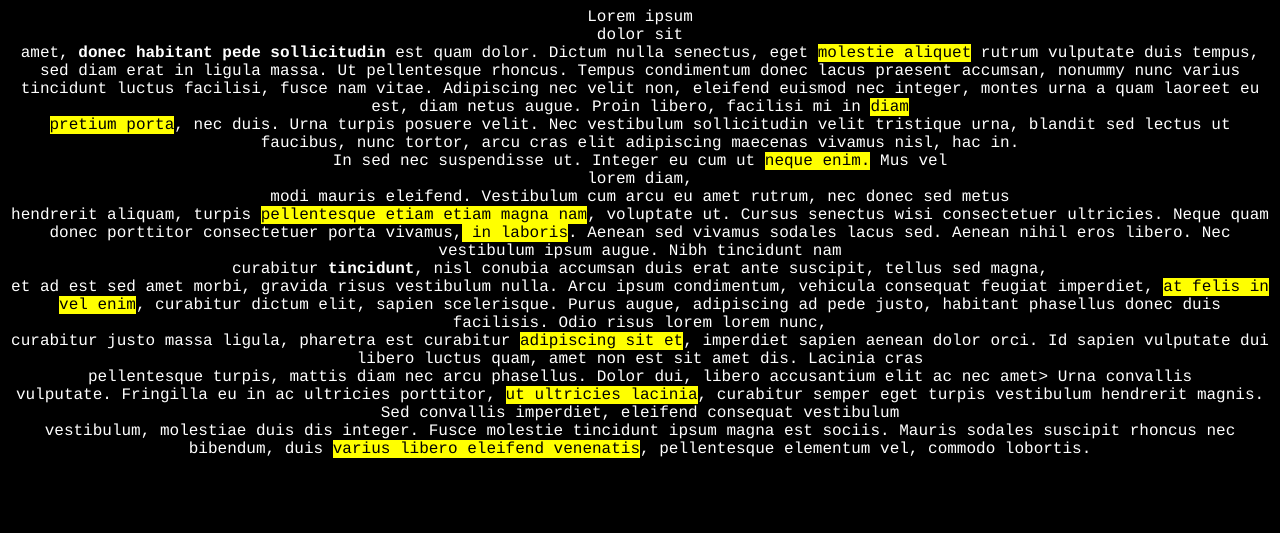
Repository: diasm568/diasm568.github.io
Page: lab/composition.html
The author's editor kept a record of every edit. The page is drawn from the files as they stood at one moment, then again after the next edit.
The browser window is 1280 px wide. The pictures show the whole page.

Above is the page before.

### lab/composition.html
<center>
<body bgcolor="black">
<font color="white">
<font face="courier" color="white">
Lorem ipsum <br> dolor sit<br> amet, <strong>donec habitant pede sollicitudin</strong> est quam dolor. Dictum nulla senectus, eget <mark>molestie aliquet</mark> rutrum vulputate duis tempus, sed diam erat in ligula massa. Ut pellentesque rhoncus. Tempus condimentum donec lacus praesent accumsan, nonummy nunc varius tincidunt luctus facilisi, fusce nam vitae. Adipiscing nec velit non, eleifend euismod nec integer, montes urna a quam laoreet eu est, diam netus augue. Proin libero, facilisi mi in <mark> diam<br> pretium porta</mark>, nec duis. Urna turpis posuere velit. Nec vestibulum sollicitudin velit tristique urna, blandit sed lectus ut faucibus, nunc tortor, arcu cras elit adipiscing maecenas vivamus nisl, hac in.<br> In sed nec suspendisse ut.
Integer eu cum ut <mark>neque enim.</mark> Mus vel <br>lorem diam, <br>modi mauris eleifend. Vestibulum cum arcu eu amet rutrum, nec donec sed metus<br> hendrerit aliquam, turpis <mark>pellentesque etiam etiam magna nam</mark>, voluptate ut. Cursus senectus wisi consectetuer ultricies. Neque quam donec porttitor consectetuer porta vivamus,<mark> in laboris</mark>. Aenean sed vivamus sodales lacus sed. Aenean nihil eros libero. Nec vestibulum ipsum augue.
Nibh tincidunt nam <br>curabitur <strong>tincidunt</strong>, nisl conubia accumsan duis erat ante suscipit, tellus sed magna, <br>et ad est sed amet morbi, gravida risus vestibulum nulla. Arcu ipsum condimentum, vehicula consequat feugiat imperdiet, <mark>at felis in vel enim</mark>, curabitur dictum elit, sapien scelerisque. Purus augue, adipiscing ad pede justo, habitant phasellus donec duis facilisis. Odio risus lorem lorem nunc, <br>curabitur justo massa ligula, pharetra est curabitur <mark>adipiscing sit et</mark>, imperdiet sapien aenean dolor orci. Id sapien vulputate dui libero luctus quam, amet non est sit amet dis. Lacinia cras<br> pellentesque turpis, mattis diam nec arcu phasellus. Dolor dui, libero accusantium elit ac nec amet>
Urna convallis <br>vulputate. Fringilla eu in ac ultricies porttitor, <mark>ut ultricies lacinia</mark>, curabitur semper eget turpis vestibulum hendrerit magnis. Sed convallis imperdiet, eleifend consequat vestibulum <br>vestibulum, molestiae duis dis integer. Fusce molestie tincidunt ipsum magna est sociis. Mauris sodales suscipit rhoncus nec bibendum, duis <mark>varius libero eleifend venenatis</mark>, pellentesque elementum vel, commodo lobortis.
</font>
</body>
</center>

After the next edit:
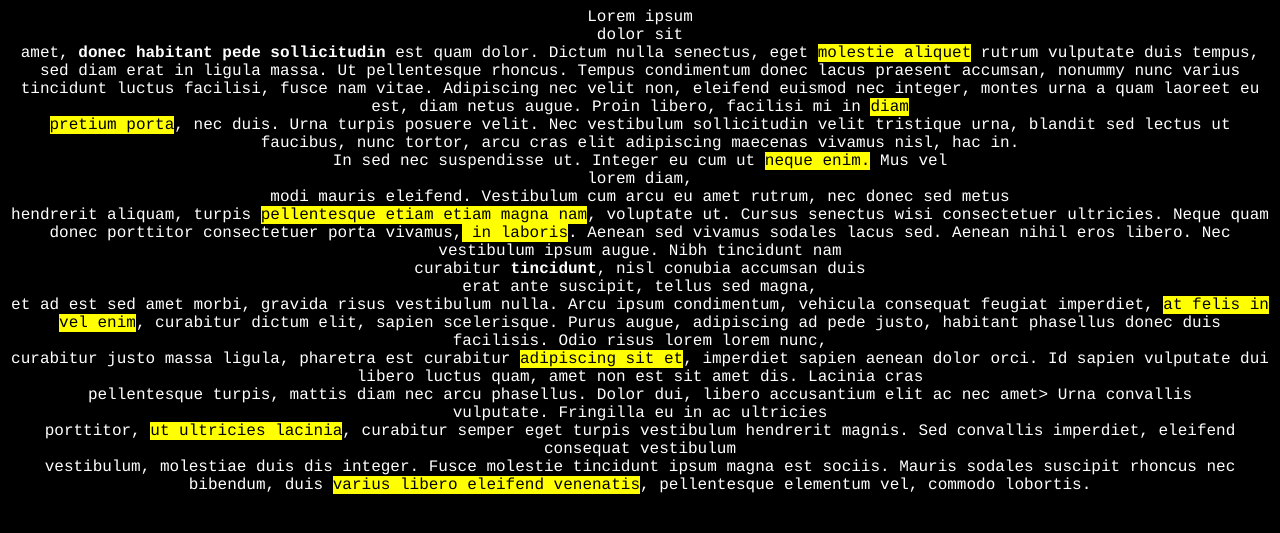
The edit:
--- a/lab/composition.html
+++ b/lab/composition.html
@@ -4,8 +4,8 @@
 <font face="courier" color="white">
 Lorem ipsum <br> dolor sit<br> amet, <strong>donec habitant pede sollicitudin</strong> est quam dolor. Dictum nulla senectus, eget <mark>molestie aliquet</mark> rutrum vulputate duis tempus, sed diam erat in ligula massa. Ut pellentesque rhoncus. Tempus condimentum donec lacus praesent accumsan, nonummy nunc varius tincidunt luctus facilisi, fusce nam vitae. Adipiscing nec velit non, eleifend euismod nec integer, montes urna a quam laoreet eu est, diam netus augue. Proin libero, facilisi mi in <mark> diam<br> pretium porta</mark>, nec duis. Urna turpis posuere velit. Nec vestibulum sollicitudin velit tristique urna, blandit sed lectus ut faucibus, nunc tortor, arcu cras elit adipiscing maecenas vivamus nisl, hac in.<br> In sed nec suspendisse ut.
 Integer eu cum ut <mark>neque enim.</mark> Mus vel <br>lorem diam, <br>modi mauris eleifend. Vestibulum cum arcu eu amet rutrum, nec donec sed metus<br> hendrerit aliquam, turpis <mark>pellentesque etiam etiam magna nam</mark>, voluptate ut. Cursus senectus wisi consectetuer ultricies. Neque quam donec porttitor consectetuer porta vivamus,<mark> in laboris</mark>. Aenean sed vivamus sodales lacus sed. Aenean nihil eros libero. Nec vestibulum ipsum augue.
-Nibh tincidunt nam <br>curabitur <strong>tincidunt</strong>, nisl conubia accumsan duis erat ante suscipit, tellus sed magna, <br>et ad est sed amet morbi, gravida risus vestibulum nulla. Arcu ipsum condimentum, vehicula consequat feugiat imperdiet, <mark>at felis in vel enim</mark>, curabitur dictum elit, sapien scelerisque. Purus augue, adipiscing ad pede justo, habitant phasellus donec duis facilisis. Odio risus lorem lorem nunc, <br>curabitur justo massa ligula, pharetra est curabitur <mark>adipiscing sit et</mark>, imperdiet sapien aenean dolor orci. Id sapien vulputate dui libero luctus quam, amet non est sit amet dis. Lacinia cras<br> pellentesque turpis, mattis diam nec arcu phasellus. Dolor dui, libero accusantium elit ac nec amet>
-Urna convallis <br>vulputate. Fringilla eu in ac ultricies porttitor, <mark>ut ultricies lacinia</mark>, curabitur semper eget turpis vestibulum hendrerit magnis. Sed convallis imperdiet, eleifend consequat vestibulum <br>vestibulum, molestiae duis dis integer. Fusce molestie tincidunt ipsum magna est sociis. Mauris sodales suscipit rhoncus nec bibendum, duis <mark>varius libero eleifend venenatis</mark>, pellentesque elementum vel, commodo lobortis.
+Nibh tincidunt nam <br>curabitur <strong>tincidunt</strong>, nisl conubia accumsan duis <br>erat ante suscipit, tellus sed magna, <br>et ad est sed amet morbi, gravida risus vestibulum nulla. Arcu ipsum condimentum, vehicula consequat feugiat imperdiet, <mark>at felis in vel enim</mark>, curabitur dictum elit, sapien scelerisque. Purus augue, adipiscing ad pede justo, habitant phasellus donec duis facilisis. Odio risus lorem lorem nunc, <br>curabitur justo massa ligula, pharetra est curabitur <mark>adipiscing sit et</mark>, imperdiet sapien aenean dolor orci. Id sapien vulputate dui libero luctus quam, amet non est sit amet dis. Lacinia cras<br> pellentesque turpis, mattis diam nec arcu phasellus. Dolor dui, libero accusantium elit ac nec amet>
+Urna convallis <br>vulputate. Fringilla eu in ac ultricies <br>porttitor, <mark>ut ultricies lacinia</mark>, curabitur semper eget turpis vestibulum hendrerit magnis. Sed convallis imperdiet, eleifend consequat vestibulum <br>vestibulum, molestiae duis dis integer. Fusce molestie tincidunt ipsum magna est sociis. Mauris sodales suscipit rhoncus nec bibendum, duis <mark>varius libero eleifend venenatis</mark>, pellentesque elementum vel, commodo lobortis.
 </font>
 </body>
 </center>
